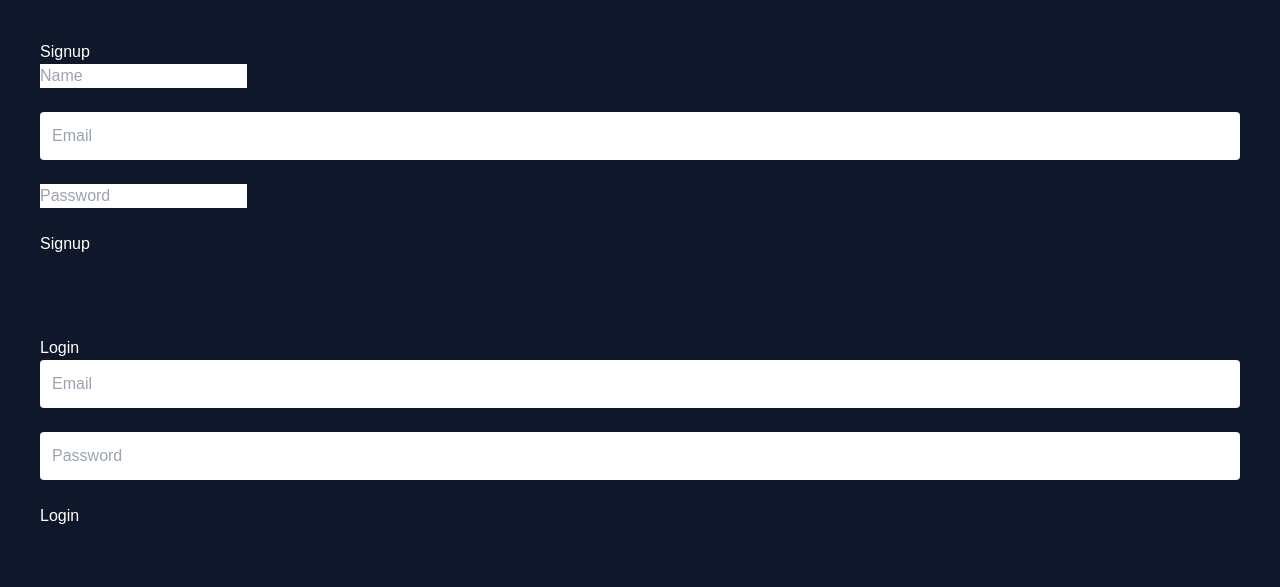
Repository: codelearnAayush/AI-Security-Monitoring-Platform
Page: / (app in frontend/)
The author's editor kept a copy of each file at every save. The page is drawn from the files as they stood at one save, then again after the next save.
The browser window is 1280 px wide. The pictures show the whole page.
The project was rebuilt for these pictures with package versions that can differ from the ones it lists, and the page was loaded fresh each time. Also part of the build but not shown: frontend/vite.config.js, frontend/src/services/api.js, frontend/src/components/ThreatCard.jsx, frontend/src/components/UrlScanner.jsx, frontend/src/components/Dashboard.jsx.

Above is the page before, as saved 2026-05-28 14:50:07.

After the next save:
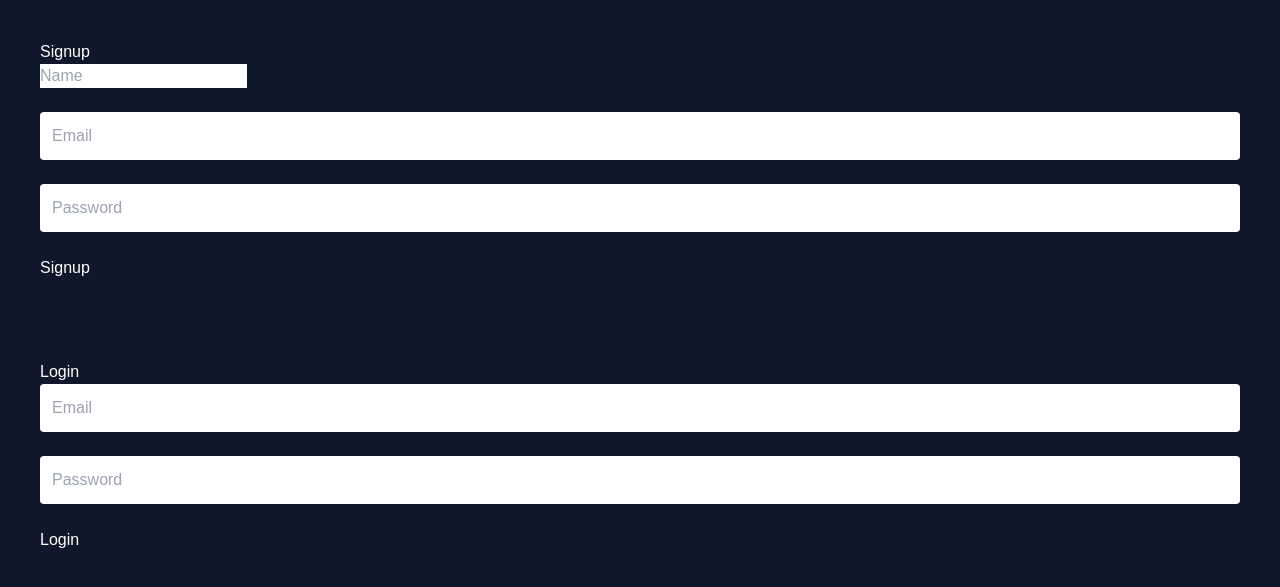
Saved 9 s later.
--- a/frontend/src/pages/Signup.jsx
+++ b/frontend/src/pages/Signup.jsx
@@ -50,10 +50,11 @@ const handleSignup = async () => {
             <br /><br />
 
             <input
-                type="password"
-                placeholder="Password"
-                onChange={(e) => setPassword(e.target.value)}
-            />
+    type="password"
+    placeholder="Password"
+    onChange={(e) => setPassword(e.target.value)}
+    className="w-full p-3 rounded bg-white text-black"
+/>
 
             <br /><br />
 
